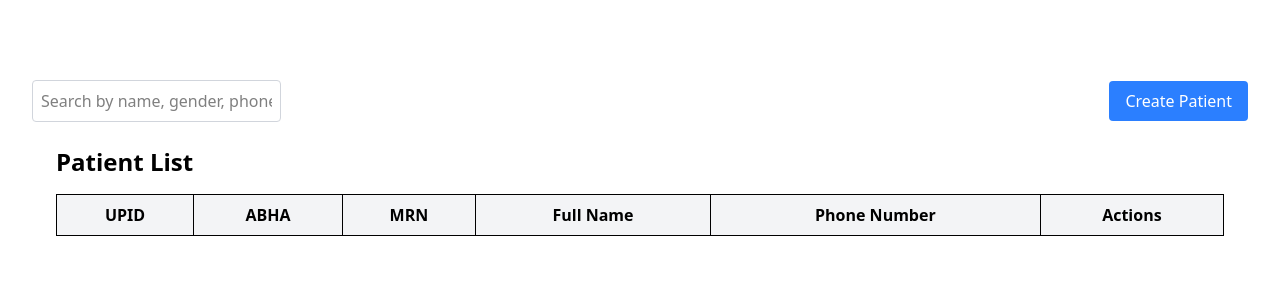
Repository: AnksapuramHarsha/nest_frontend_users
Page: /patients_list
These files come from the project's save history. The page is drawn as it stood at one moment and after the next save; the edit follows.
The browser window is 1280 px wide. The pictures show the whole page.
The project was rebuilt for these pictures with package versions that can differ from the ones it lists, and the page was loaded fresh each time. Also part of the build but not shown: vite.config.ts, src/apis/api.ts, src/pages/Login.tsx, src/pages/Dashboard.tsx, src/components/Navbar.tsx, src/components/UserList.tsx, src/pages/Register.tsx, src/pages/HomePage.tsx and 3 more.

Above is the page before, as saved 2025-04-05 10:17:29.

After the next save:
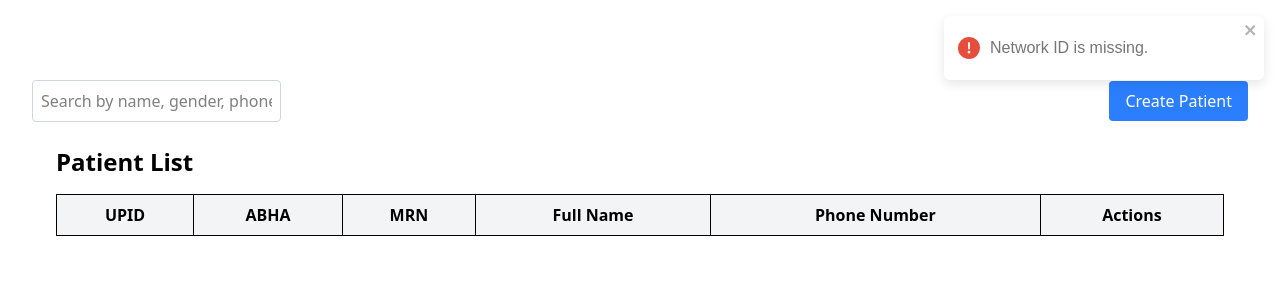
Saved 73 s later.
--- a/src/components/PatientList.tsx
+++ b/src/components/PatientList.tsx
@@ -26,6 +26,15 @@ const PatientList: React.FC<PatientListProps> = ({ accessToken }) => {
     useEffect(() => {
         fetchPatients();
     }, [])
+
+    useEffect(() => {
+        if (networkId) {
+            fetchPatients();
+        } else {
+            console.error("Network ID is missing!");
+            toast.error("Network ID is missing.");
+        }
+    }, [networkId]);
 
     const fetchPatients = async () => {
         if (!accessToken) {
